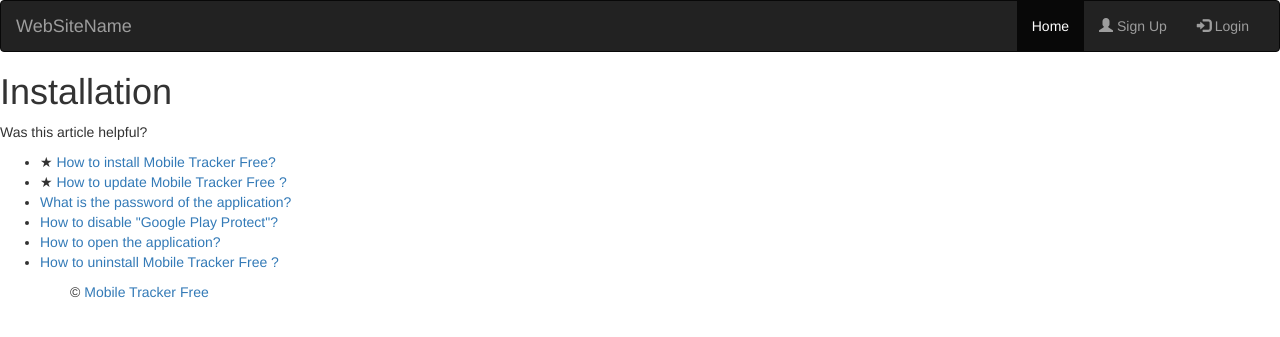
Repository: prathmeshgodbole/Web_Development
Page: Mobile_tracker/Installation.html
These files come from the project's save history. The page is drawn as it stood at one moment and after the next save; the edit follows.
The browser window is 1280 px wide. The pictures show the whole page.

Above is the page before, as saved 2020-03-08 17:31:02.

After the next save:
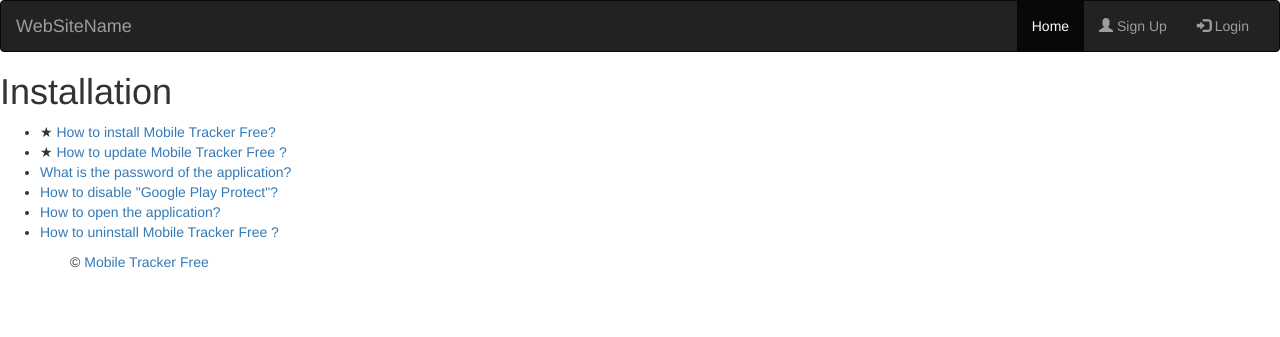
Saved 42 s later.
--- a/Mobile_tracker/Installation.html
+++ b/Mobile_tracker/Installation.html
@@ -37,19 +37,11 @@
 
 
     <div class="section-header">
-        <h1 class="section-title">
-
-            Installation</h1>
-
-
+        <h1 class="section-title">Installation</h1>
     </div>
 
 
-    <div class="article-vote">
-        <span class="article-vote-question">Was this article helpful?</span>
-        <div class="article-vote-controls">
-        </div>
-    </div>
+
     <p class="section-description"></p>
 
 
